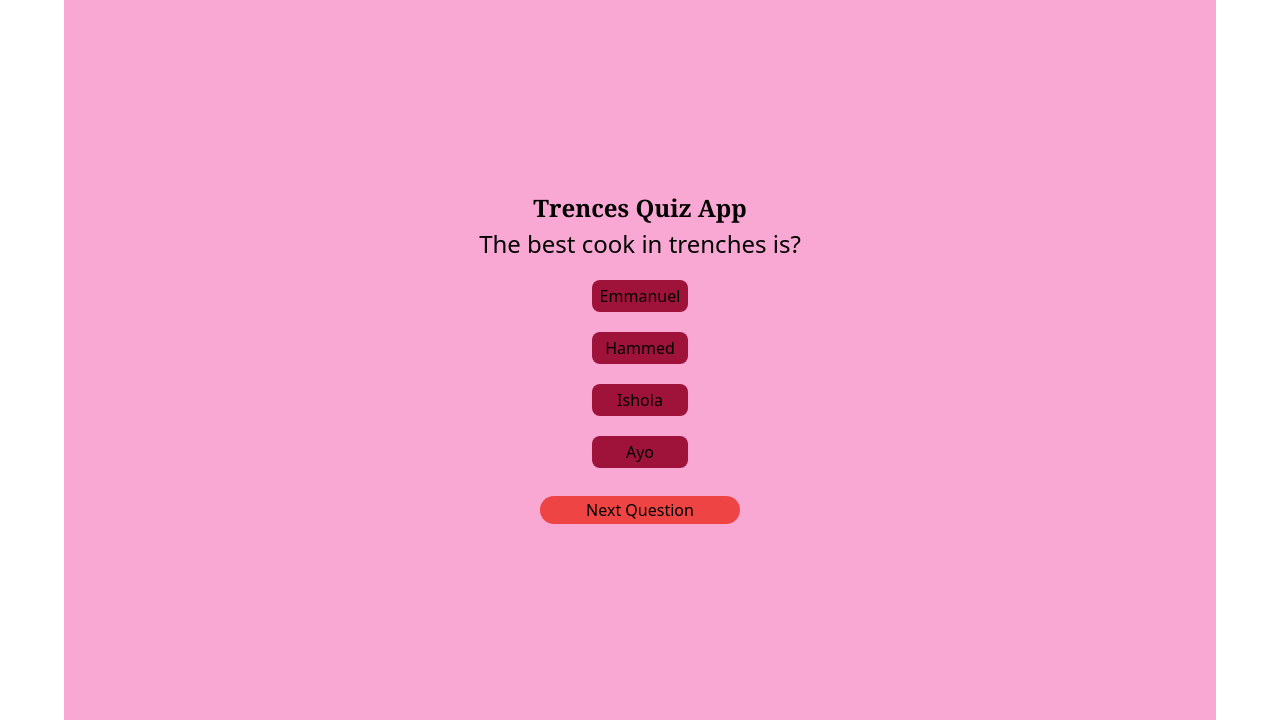
Repository: Semanmernstack/Quiz-react-app
Page: /, after clicking the first element matching `button`
These files come from the project's save history. The page is drawn as it stood at one moment and after the next save; the edit follows.
The browser window is 1280 px wide. The pictures show the whole page.
The project was rebuilt for these pictures with package versions that can differ from the ones it lists, and the page was loaded fresh each time. Also part of the build but not shown: src/components/End.js.

Above is the page before, as saved 2023-01-30 02:11:01.

### src/index.css
body {
  margin: 0;
}
@tailwind base;
@tailwind components;
@tailwind utilities;

### src/App.js
import { useState } from "react";
import Menu from "./components/Menu";
import Quiz from "./components/Quiz";
import End from "./components/End"
import { QuizContext } from "./Game/Context";
function App() {
  const [game, setGame] = useState("menu")
  const [score, setScore] = useState(0)
  return (
    <div className="text-center items-center justify-center flex  flex-col  max-w-6xl mx-auto h-screen  bg-pink-300 first-letter:">
      <p className="text-2xl font-extrabold font-serif">Trences Quiz App</p>
      <QuizContext.Provider value={{game, setGame, score, setScore}}>
        {game === "menu" && <Menu/>}
        {game === "quiz" && <Quiz/>}
        {game === "End" && <End/>}

      </QuizContext.Provider>

    </div>
  );
}

export default App;

### src/components/Menu.js
import React, { useContext } from 'react'
import { QuizContext } from '../Game/Context'

function Menu() {
    const { setGame} = useContext(QuizContext)
  return (
    <div className="flex">
        <button className="font-bold  text-xl cursor-pointer bg-red-800 text-white animate-pulse p-1 rounded-xl" onClick={() => {setGame("quiz")}} >Start Quiz</button>

    </div>
  )
}

export default Menu

### src/components/Quiz.js
import React, {  useContext, useState } from 'react'
import { QuizContext } from '../Game/Context';

import { Question } from '../Game/Questions';


function Quiz() {
    const {score, setScore, setGame} = useContext(QuizContext)

    const [current, setCurrent] = useState(0);
    const [option, setOption]= useState("")

    const nextQuestion = () => {
      if (Question[current].answer === option) {
        setScore(score + 1)
      }
      alert(score)
      setCurrent(current + 1)
    }
    const finishQuiz = () => {
      if (Question[current].answer === option) {
        setScore(score + 1)
      }
      setGame("End")

    }



  return (
    <div className=" p-1 rounded-xl   ">
        <h1 className="text-2xl">{Question[current].prompt}</h1>
        <div className="flex mt-5  cursor-pointer flex-col gap-5 items-center text-center">
            <button onClick={() => setOption("A")} className="w-24 bg-rose-800 p-1 rounded-lg hover:bg-red-500">{Question[current].optionA}</button>
            <button  onClick={() => setOption("B") } className="w-24 bg-rose-800 p-1 rounded-lg hover:bg-red-500">{Question[current].optionB}</button>
            <button onClick={() => setOption("C")} className="w-24 bg-rose-800 p-1 rounded-lg hover:bg-red-500">{Question[current].optionC}</button>
            <button onClick={() => setOption("D")} className="w-24 bg-rose-800 p-1 rounded-lg hover:bg-red-500">{Question[current].optionD}</button>
        </div>
        <div>
          {current === Question.length - 1 ? (
            <button onClick={finishQuiz}>Finished</button>
          ):(
            <button className="w-[200px] h-7 mt-7 rounded-full bg-red-500" onClick={nextQuestion} >Next Question</button>
          )}

        </div>

    </div>
  )
}

export default Quiz

### src/Game/Context.js
import { createContext } from "react";

export const QuizContext = createContext()

### src/Game/Questions.js
export  const Question = [
    {
        prompt: "The best cook in trenches is?",
        optionA: "Emmanuel",
        optionB: "Hammed",
        optionC: "Ishola",
        optionD: "Ayo",
        answer: "D",
    },
    {
        prompt: "Who is the sapa giver in trenches?",
        optionA: "Abigeal",
        optionB: "Idilabi",
        optionC: "Ebu",
        optionD: "Ajoke",
        answer: "C",
    },
    {
        prompt: "Name he person that enter school and ran back home?",
        optionA: "Davido",
        optionB: "Eniola",
        optionC: "Gift",
        optionD: "Okiki",
        answer: "B",
    },
    {
        prompt: "who is the best Osu?",
        optionA: "Cory",
        optionB: "Joe",
        optionC: "Harmon",
        optionD: "Bob",
        answer: "A",
    },
    {
        prompt: "The most serious in Trenches?",
        optionA: "Malik",
        optionB: "Hammed",
        optionC: "Ishola",
        optionD: "Ayo",
        answer: "A",
    },
    {
        prompt: "Who is trenches table tennis best player?",
        optionA: "Baddo",
        optionB: "Daddy Pems",
        optionC: "BJ",
        optionD: "Sule",
        answer: "B",
    },
    {
        prompt: "Babaoja of trenches is?",
        optionA: "Baddo",
        optionB: "daddy Dami",
        optionC: "Igwe",
        optionD: "Baba Gift",
        answer: "A",
    },
    {
        prompt: "The name of trenches street is?",
        optionA: "Portable str",
        optionB: "Alagomeji str",
        optionC: "Tijani str",
        optionD: "Adekunle Olaiya",
        answer: "D",
    },
    {
        prompt: "Highest Iphone own in trenches right now?",
        optionA: "xr",
        optionB: "7",
        optionC: "11 ",
        optionD: "11 pro",
        answer: "A",
    },
    {
        prompt: "The best song/album in trenches at the moment?",
        optionA: "Ruger",
        optionB: "Portable",
        optionC: "Seyi Vibes ",
        optionD: "Zinolisky",
        answer: "C",
    },
]

Loaded but not shown: public/index.html (common file); src/index.js (common file); src/reportWebVitals.js (common file); tailwind.config.js (common file)

After the next save:
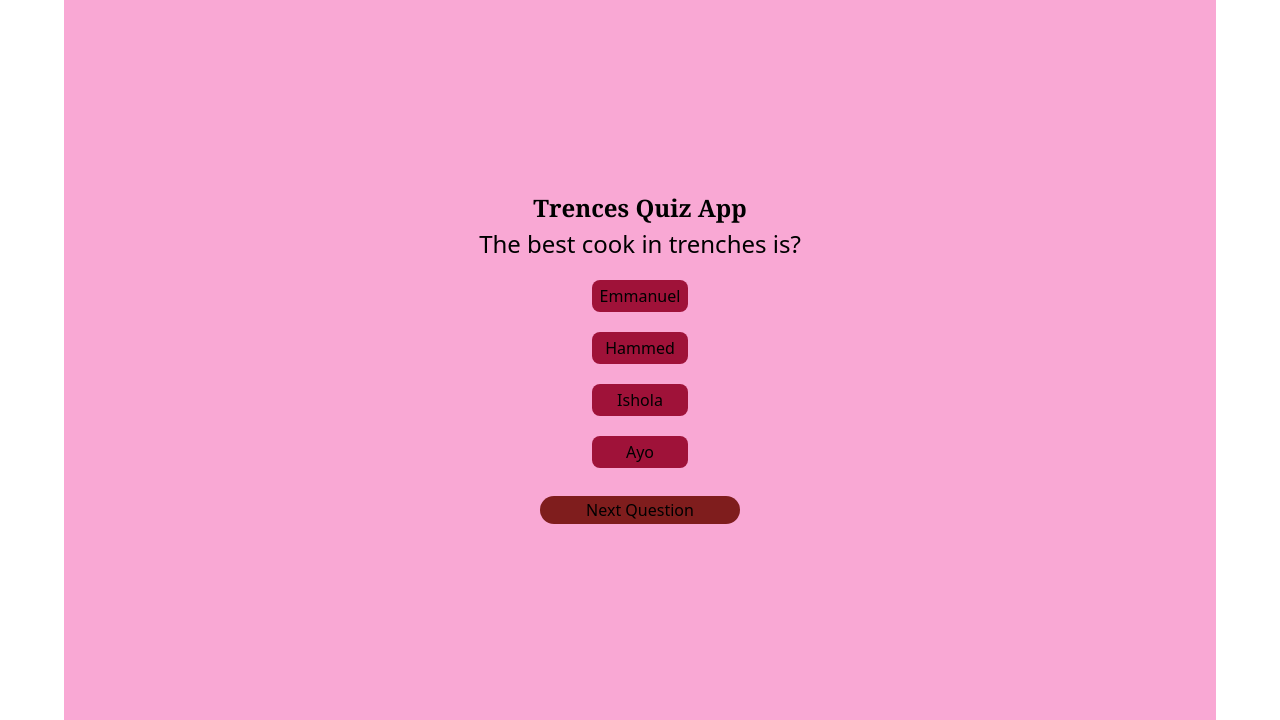
Saved 15 s later.
--- a/src/components/Quiz.js
+++ b/src/components/Quiz.js
@@ -40,7 +40,7 @@ function Quiz() {
           {current === Question.length - 1 ? (
             <button onClick={finishQuiz}>Finished</button>
           ):(
-            <button className="w-[200px] h-7 mt-7 rounded-full bg-red-500" onClick={nextQuestion} >Next Question</button>
+            <button className="w-[200px] h-7 mt-7 rounded-full bg-red-900" onClick={nextQuestion} >Next Question</button>
           )}
 
         </div>
